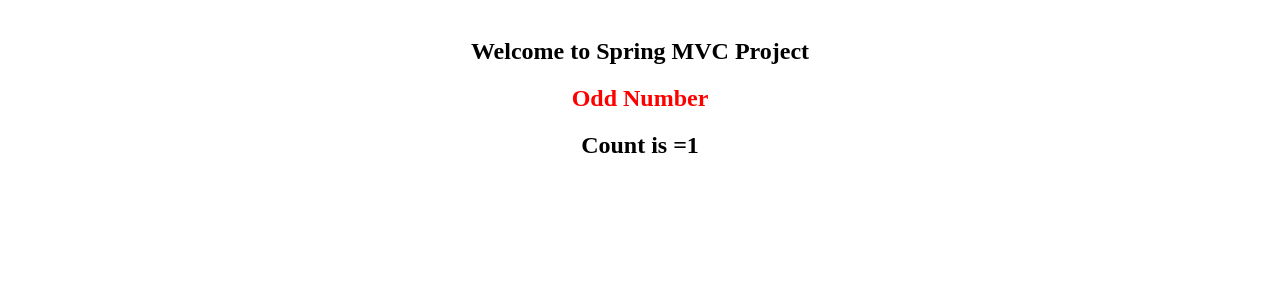
Repository: PragatiShinde16/SpringMVCDemo
Page: http://localhost/SpringMVCProject/views/login.jsp
The author's editor kept a copy of each file at every save. The page is drawn from the files as they stood at one save, then again after the next save.
The browser window is 1280 px wide. The pictures show the whole page.
The page is served by Tomcat 9.

Above is the page before, as saved 2024-08-27 05:11:27.

After the next save:
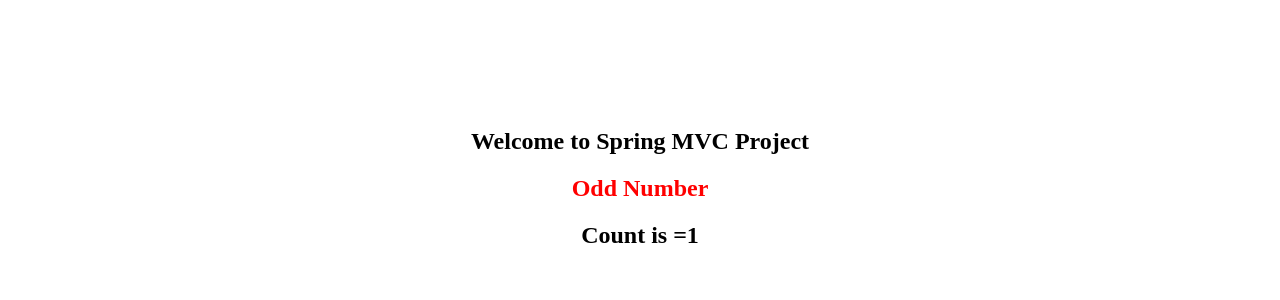
Saved 11 s later.
--- a/SpringMVCProject/src/main/webapp/views/login.jsp
+++ b/SpringMVCProject/src/main/webapp/views/login.jsp
@@ -6,7 +6,7 @@
 <meta charset="ISO-8859-1">
 <title>Insert title here</title>
 </head>
-<body style="text-align: center; padding:10px;">
+<body style="text-align: center; padding:100px;">
 	<h2>Welcome to Spring MVC Project</h2>
 
 	<%!
